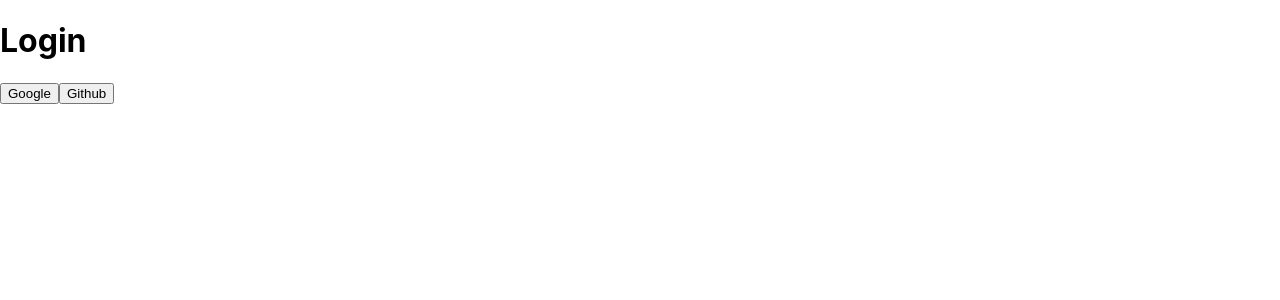
Repository: EEOOOO/GoodGeul
Page: /
These files come from the project's save history. The page is drawn as it stood at one moment and after the next save; the edit follows.
The browser window is 1280 px wide. The pictures show the whole page.
The project was rebuilt for these pictures with package versions that can differ from the ones it lists, and the page was loaded fresh each time. Also part of the build but not shown: src/app.module.css, src/book/book.module.css, src/book/Book.jsx, src/books/books.module.css, src/books/Books.jsx, src/mybooks/MyBooks.jsx, src/sidenavbar/sidenavbar.module.css, src/sidenavbar/SideNavBar.jsx and 4 more.

Above is the page before, as saved 2022-08-15 19:57:27.

### src/index.js
import React from 'react';
import ReactDOM from 'react-dom/client';
import './index.css';
import App from './App';
import Login from './login/Login';
import reportWebVitals from './reportWebVitals';
import {BrowserRouter, Routes,Route, Link} from 'react-router-dom';
import MyBooks from './mybooks/MyBooks';
import BookContent from './BookContent/BookContent';
const root = ReactDOM.createRoot(document.getElementById('root'));
root.render(
  <BrowserRouter>
    <Routes>
      <Route path="/" element={<Login />}>
        <Route path="mybook" element={<MyBooks />}/>
        <Route path="bookContent" element={<BookContent />}/>
      </Route>
    </Routes>

  </BrowserRouter>
);

// If you want to start measuring performance in your app, pass a function
// to log results (for example: reportWebVitals(console.log))
// or send to an analytics endpoint. Learn more: https://bit.ly/CRA-vitals
reportWebVitals();

### src/login/Login.jsx
import React from 'react';
import styles from './login.module.css';
const Login = () => {
    return (
        <div className={styles.loginBox}>
            <h1>Login</h1>
            <button className={styles.googleLoginButton}>Google</button>
            <button className={styles.githubLoginButton}>Github</button>
        </div>
    );
};

export default Login;

### src/BookContent/bookcontent.module.css
* {
  box-sizing: border-box;
}
.bookContent {
  display: flex;
  height: 100vh;
}
.bookContent div {
  flex: 1 1 1;
}
.book {
  display: flex;
  flex-direction: column;
  justify-content: space-around;
  background-color: black;
  color: white;
}
.bookInfo {
  display: flex;
  align-items: center;
}
.bookTitleAndDescription {
  padding: 0 20px;
}
.review {
  position: relative;
  top: 30vh;
  padding: 20px;
}
.books {
  display: flex;
  flex-direction: column;
  justify-content: center;
  align-items: center;
  padding-left: 80px;
  background-color: black;
}
.books p {
  border: 1px solid grey;
  width: 150%;
  height: 100px;
  background-color: white;
  border-radius: 0 10px 5px 0;
}

Loaded but not shown: public/index.html (common file); src/index.css (common file); src/reportWebVitals.js (common file)

After the next save:
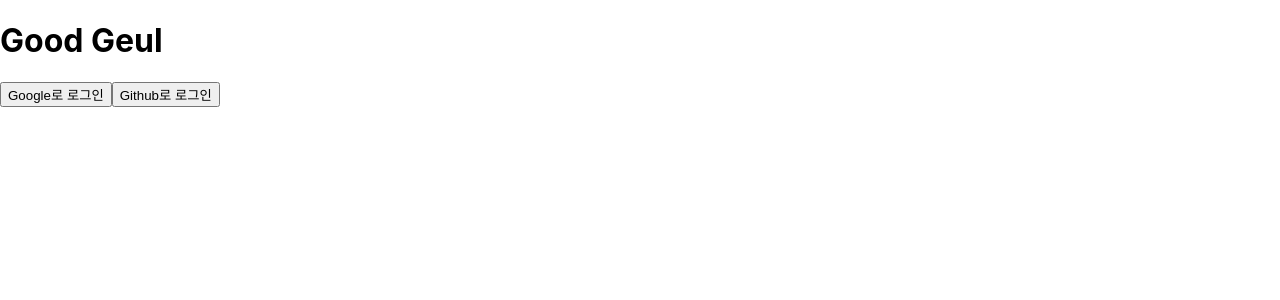
Saved 36 s later.
--- a/src/login/Login.jsx
+++ b/src/login/Login.jsx
@@ -3,9 +3,9 @@
 const Login = () => {
     return (
         <div className={styles.loginBox}>
-            <h1>Login</h1>
-            <button className={styles.googleLoginButton}>Google</button>
-            <button className={styles.githubLoginButton}>Github</button>
+            <h1>Good Geul</h1>
+            <button className={styles.googleLoginButton}>Google로 로그인</button>
+            <button className={styles.githubLoginButton}>Github로 로그인</button>
         </div>
     );
 };
